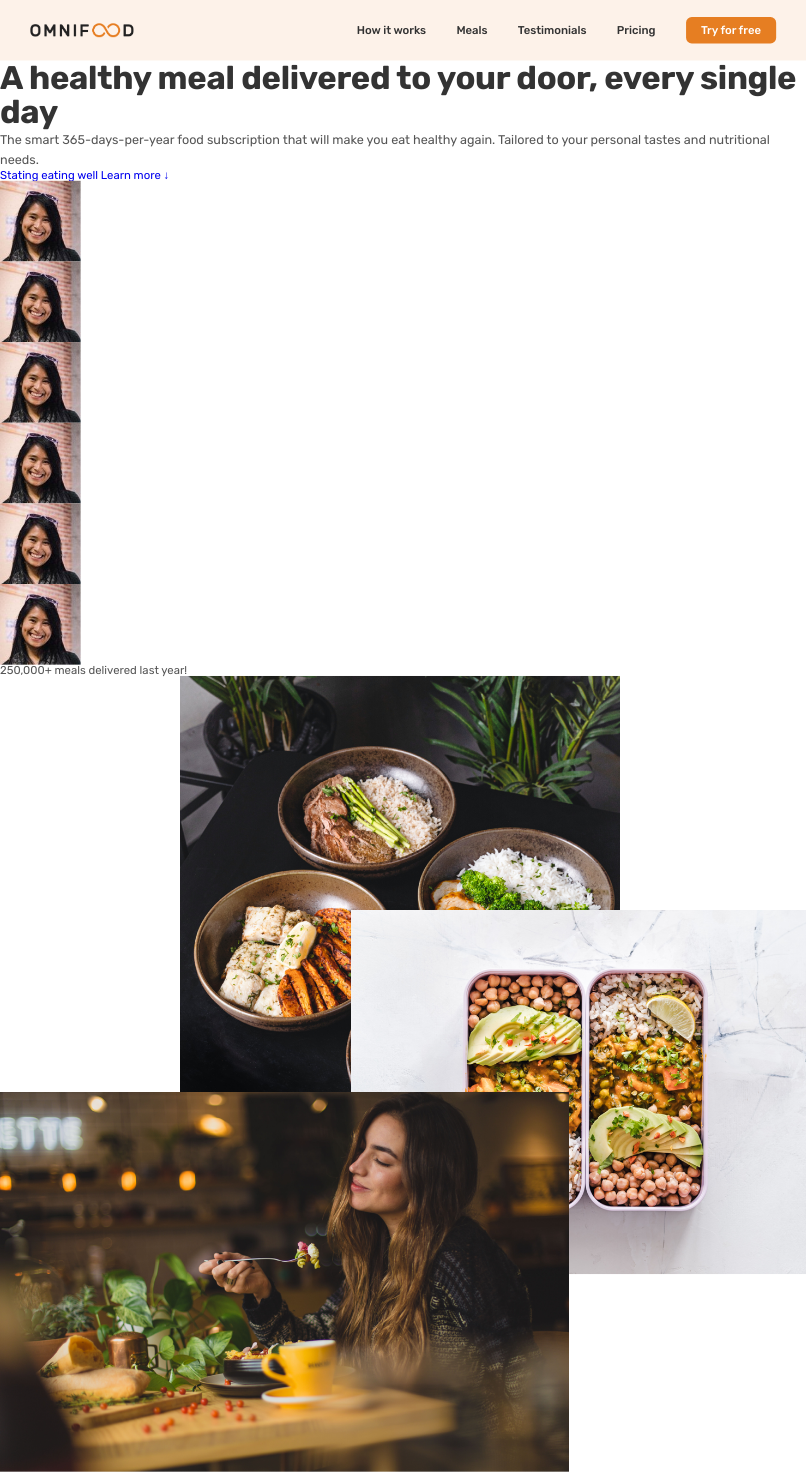
Repository: longvuht/omnifood-vu-nl
Page: index.html
An editor plug-in stored every save of this project. The page is shown before and after the next save, followed by the edit.
The browser window is 1280 px wide. The pictures show the whole page, at 63% of full size.
The style sheet was rebuilt from its Sass, Less or Tailwind sources for each picture, by a compiler version that may differ from the author's.

Above is the page before, as saved 2022-09-18 17:49:40.

After the next save:
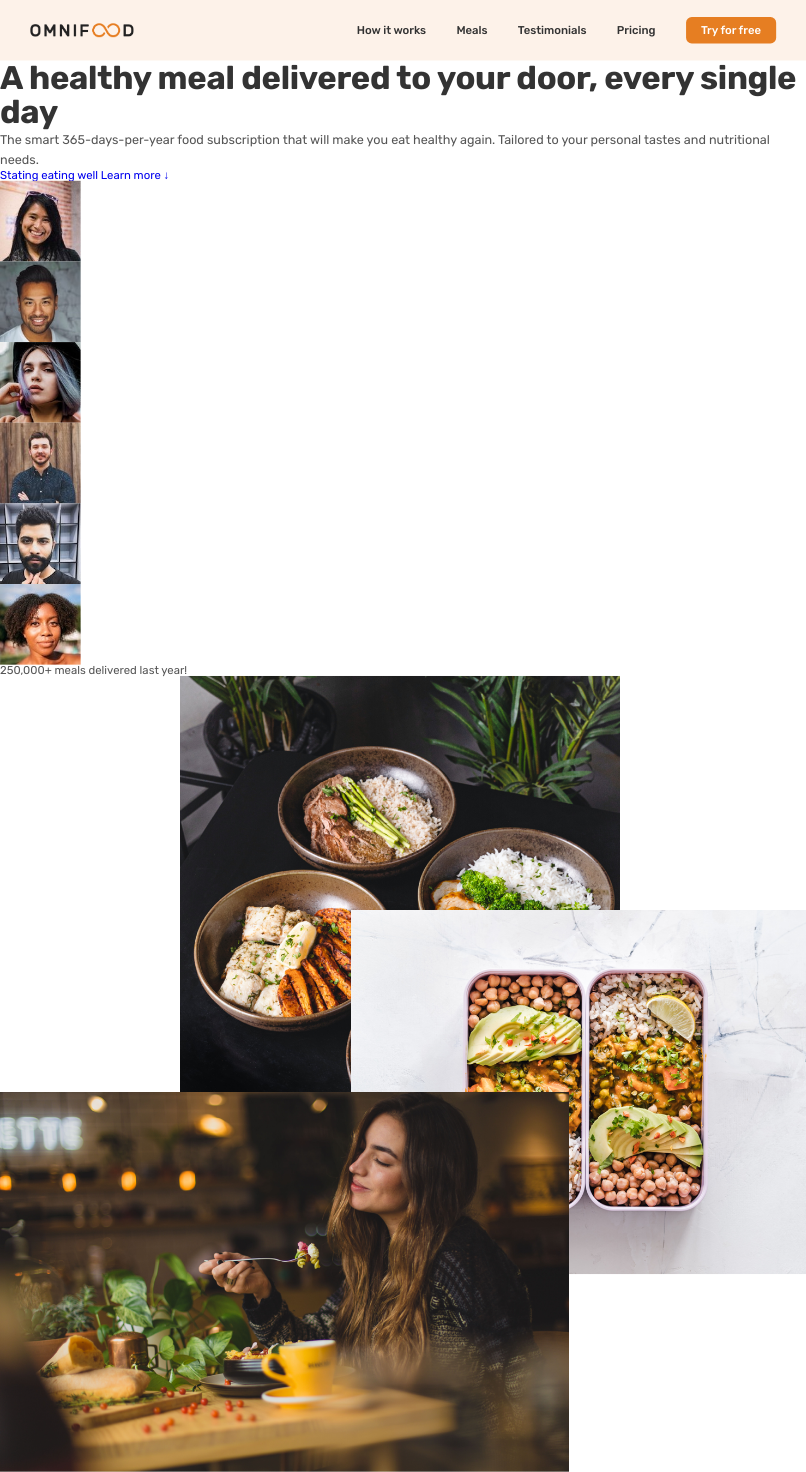
Saved 19 s later.
--- a/index.html
+++ b/index.html
@@ -70,27 +70,27 @@
                   class="hero__meals-image"
                 />
                 <img
-                  src="./image/customers/customer-1.jpg"
+                  src="./image/customers/customer-2.jpg"
                   alt="customer image"
                   class="hero__meals-image"
                 />
                 <img
-                  src="./image/customers/customer-1.jpg"
+                  src="./image/customers/customer-3.jpg"
                   alt="customer image"
                   class="hero__meals-image"
                 />
                 <img
-                  src="./image/customers/customer-1.jpg"
+                  src="./image/customers/customer-4.jpg"
                   alt="customer image"
                   class="hero__meals-image"
                 />
                 <img
-                  src="./image/customers/customer-1.jpg"
+                  src="./image/customers/customer-5.jpg"
                   alt="customer image"
                   class="hero__meals-image"
                 />
                 <img
-                  src="./image/customers/customer-1.jpg"
+                  src="./image/customers/customer-6.jpg"
                   alt="customer image"
                   class="hero__meals-image"
                 />
